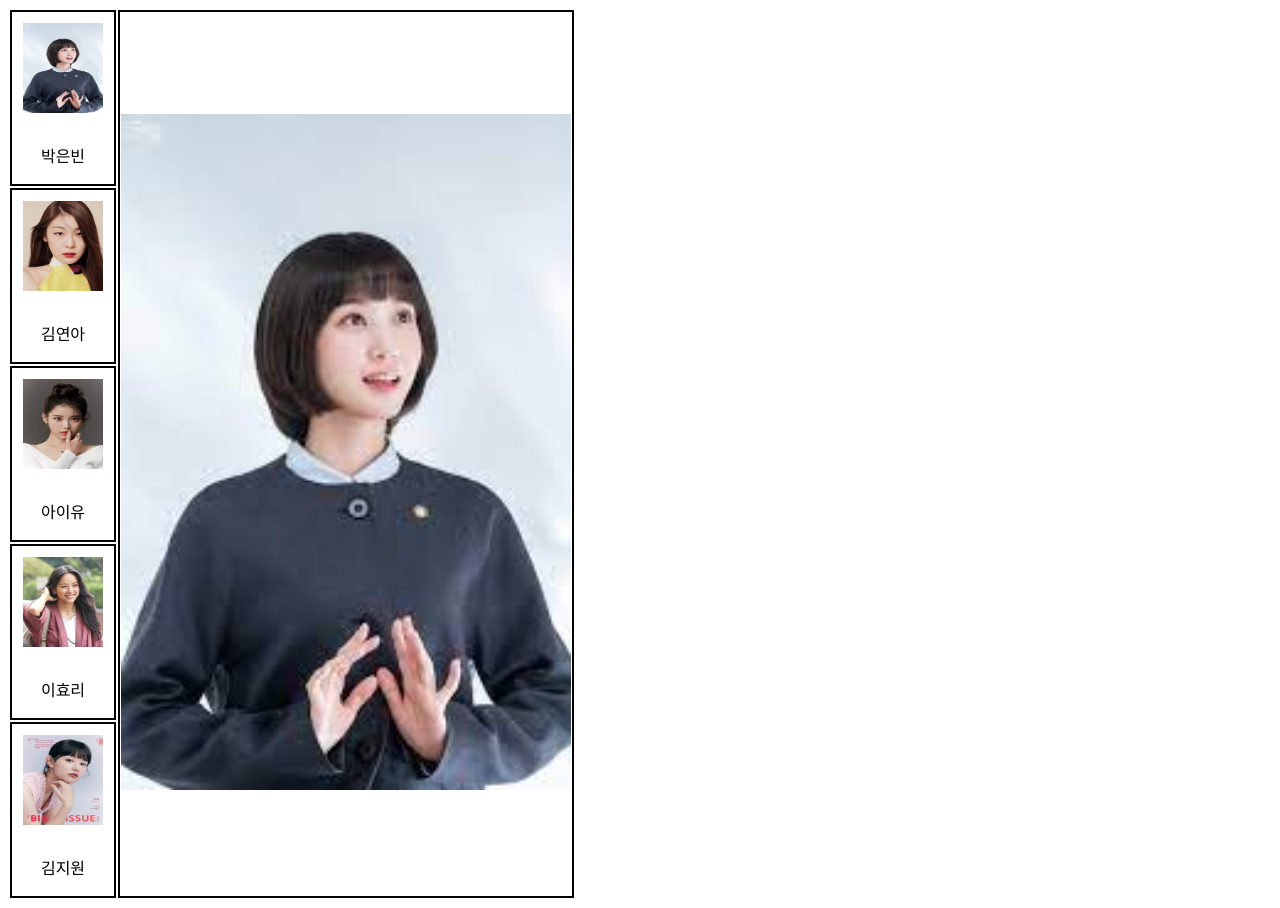
Repository: skybluelion/KB
Page: KB/work05_front/front05_JQuery/src/main/webapp/2_event/jq10_traversal_template.html
These files come from the project's save history. The page is drawn as it stood at one moment and after the next save; the edit follows.
The browser window is 1280 px wide. The pictures show the whole page.

Above is the page before, as saved 2023-04-12 07:09:21.

After the next save:
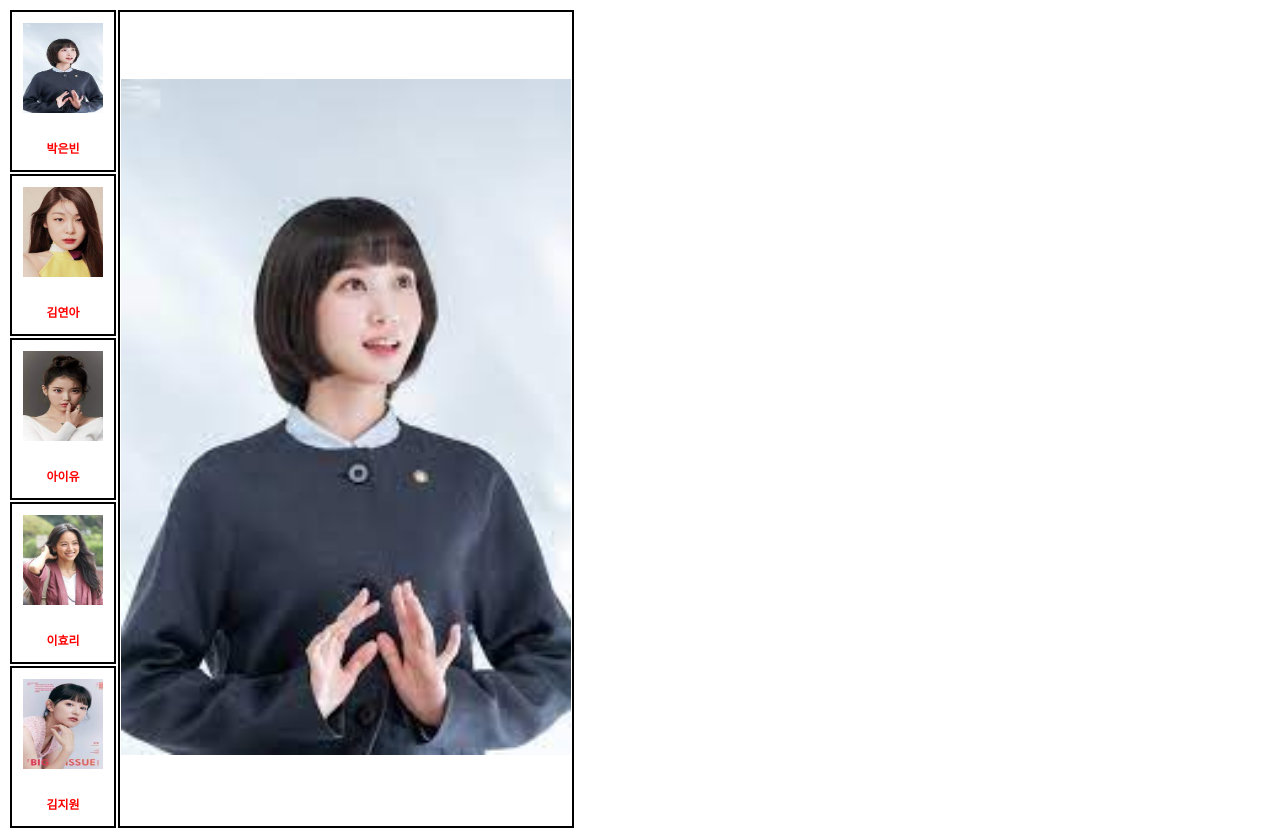
Saved 2 min 0 s later.
--- a/KB/work05_front/front05_JQuery/src/main/webapp/2_event/jq10_traversal_template.html
+++ b/KB/work05_front/front05_JQuery/src/main/webapp/2_event/jq10_traversal_template.html
@@ -21,6 +21,11 @@
 			//mouseleave event...
 			$(this).parent().removeClass('hover');
 		});
+
+		//2. 연예인 이름에 addClass('css')를 적용
+		//선택자를 td로 지정해서
+		//td태그 중에서 .. p 태그 찾아서/ 없으면 지정x
+		$('td').find('p').addClass('css');
 	});
 </script>
 <style type="text/css">
